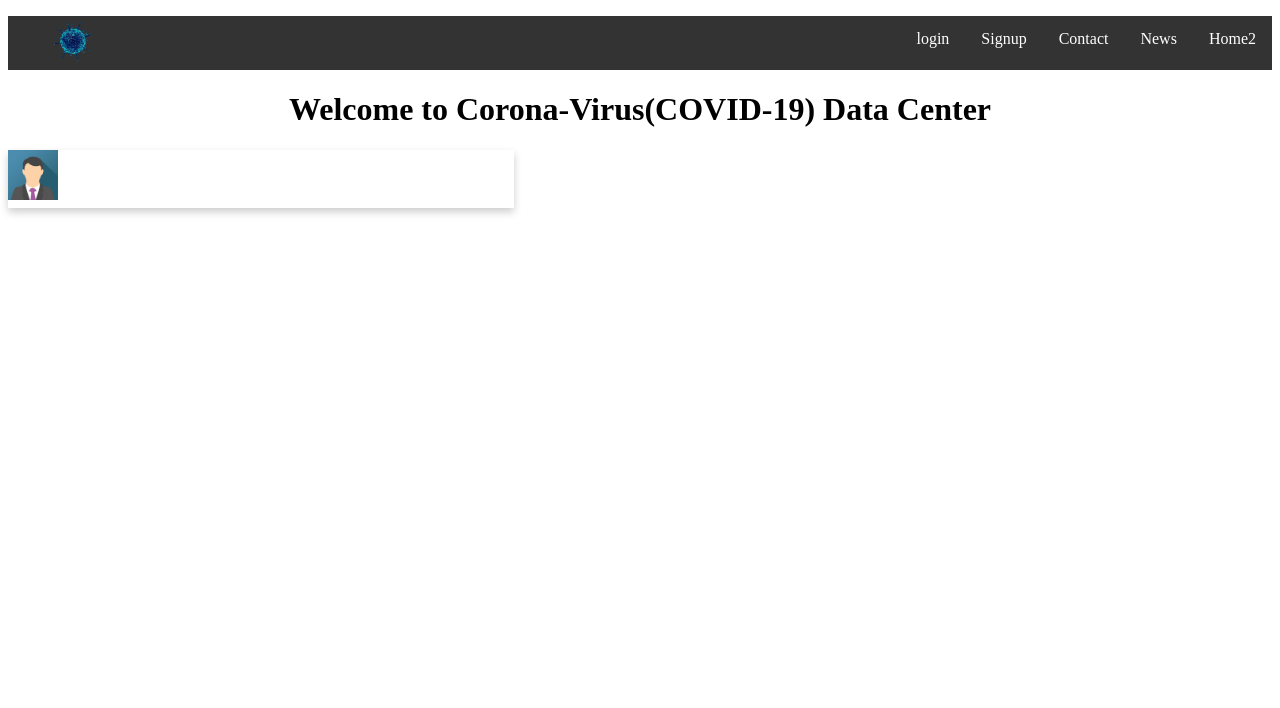
Repository: xthashankar/COVID-19-data-
Page: news.html
An editor plug-in stored every save of this project. The page is shown before and after the next save, followed by the edit.
The browser window is 1280 px wide. The pictures show the whole page.

Above is the page before, as saved 2020-04-10 16:38:03.

After the next save:
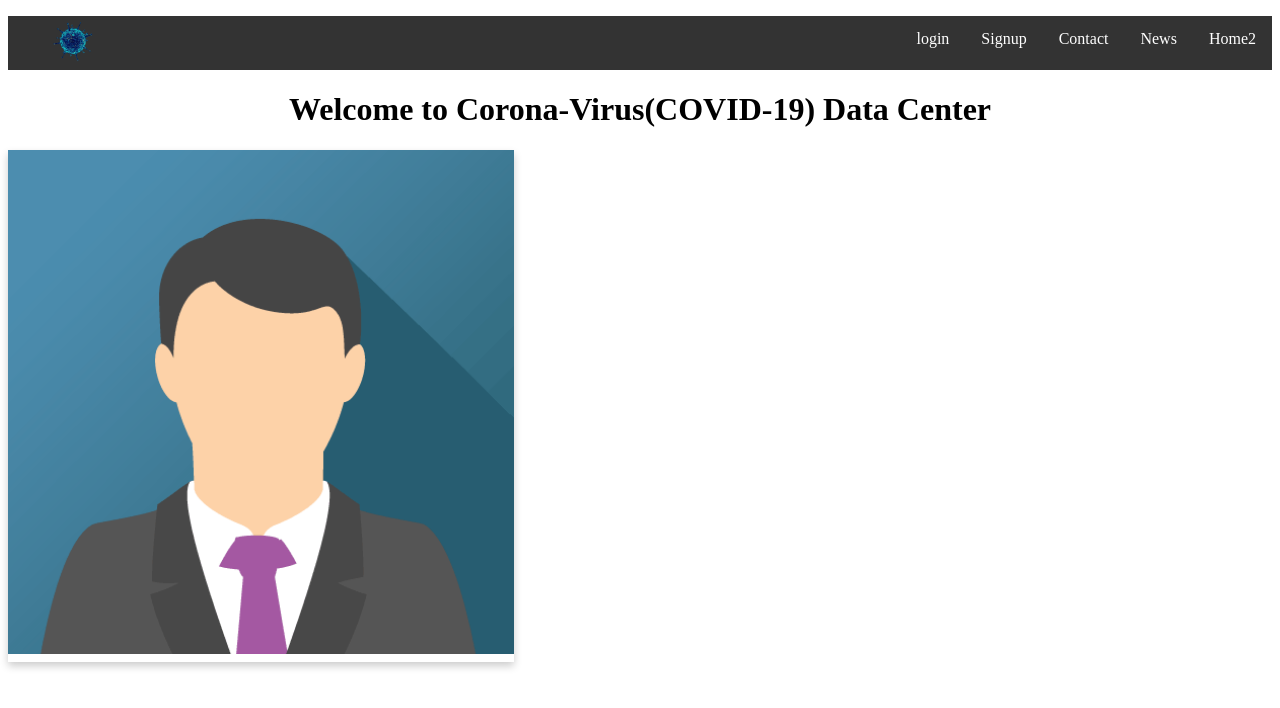
Saved 65 s later.
--- a/news.html
+++ b/news.html
@@ -20,7 +20,7 @@
     <h1>Welcome to Corona-Virus(COVID-19) Data Center</h1>
 
     <div class="card">
-        <img src="image/img_avatar.png" alt="Avatar" style="width:100%, height=100%">
+        <img src="image/img_avatar.png" alt="Avatar" style="width:100%;height:100%;">
         <div class="container
           <h4><b>John Doe</b></h4>
           <p>Architect & Engineer</p>

After the 2 saves that followed:
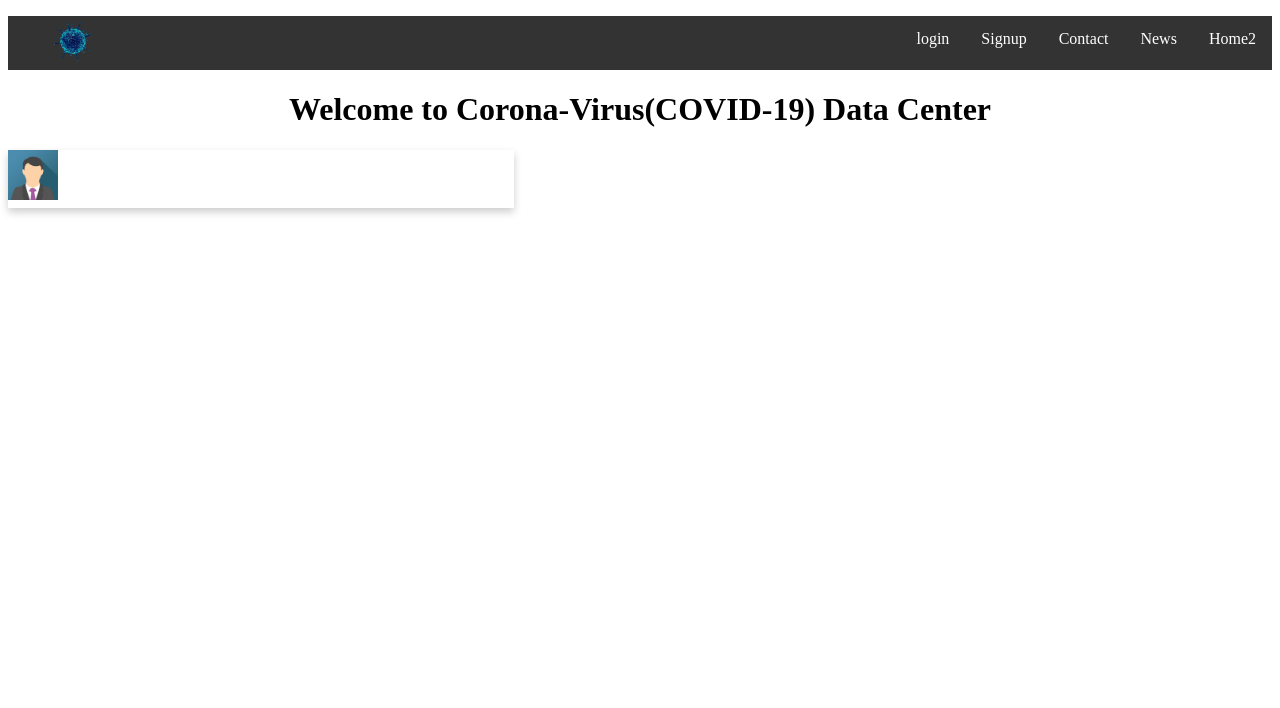
The 2 saves are shown as one change because they came seconds apart.
The last was saved 26 s later.
--- a/news.html
+++ b/news.html
@@ -20,7 +20,7 @@
     <h1>Welcome to Corona-Virus(COVID-19) Data Center</h1>
 
     <div class="card">
-        <img src="image/img_avatar.png" alt="Avatar" style="width:100%;height:100%;">
+        <img src="image/img_avatar.png" alt="Avatar" style="widows: 50px;%;height:100%;">
         <div class="container
           <h4><b>John Doe</b></h4>
           <p>Architect & Engineer</p>
